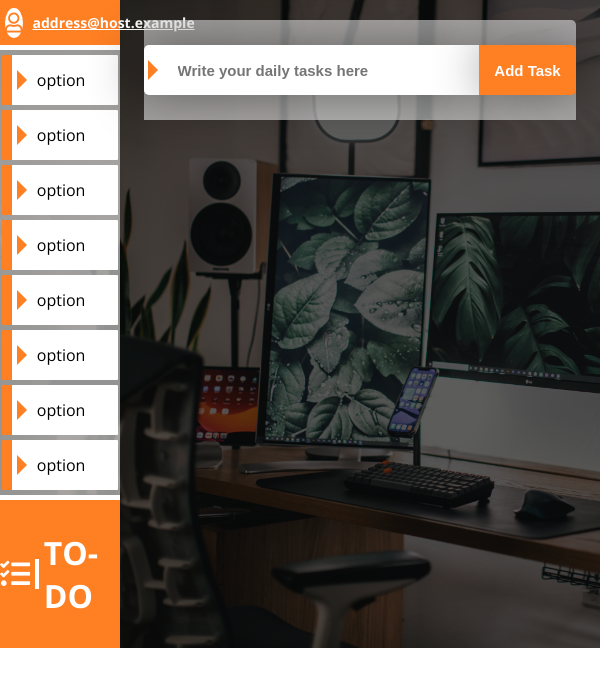
Repository: OmarEssameldinMousa/To-do-list-level01
Page: index.html
These files come from the project's save history. The page is drawn as it stood at one moment and after the next save; the edit follows.
The browser window is 600 px wide. The pictures show the whole page.

Above is the page before, as saved 2023-08-08 11:17:51.

### index.html
<!DOCTYPE html>
<html lang="en">
<head>
    <meta charset="UTF-8">
    <meta name="viewport" content="width=device-width, initial-scale=1.0">
    <title>ToDo</title>
    <link rel="stylesheet" href="main.css">
    <link rel="preconnect" href="https://fonts.gstatic.com" />
    <link rel="stylesheet" href="css/all.min.css">
    <link href="https://fonts.googleapis.com/css2?family=Open+Sans:wght@400;700&display=swap" rel="stylesheet" />
</head>
<body>
    <div class="dashboard">
        <div class="nav">
            <div class="navigation">
                <div class="profile">
                    <div class="profile-pic">
                        <i class="fa-regular fa-user"></i>
                    </div>
                    <h3>address@host.example</h3>
                    <!-- <i class="fa-solid fa-bars"></i> -->
                </div>
                <ul>
                    <li>
                        <span class="toggle"></span>
                        <span class="title">option</span>
                    </li>
                    <li>
                        <span class="toggle"></span>
                        <span class="title">option</span>
                    </li>
                    <li>
                        <span class="toggle"></span>
                        <span class="title">option</span>
                    </li>
                    <li>
                        <span class="toggle"></span>
                        <span class="title">option</span>
                    </li>
                    <li>
                        <span class="toggle"></span>
                        <span class="title">option</span>
                    </li>
                    <li>
                        <span class="toggle"></span>
                        <span class="title">option</span>
                    </li>
                    <li>
                        <span class="toggle"></span>
                        <span class="title">option</span>
                    </li>
                    <li>
                        <span class="toggle"></span>
                        <span class="title">option</span>
                    </li>
                </ul>
                <div class="footer">
                    <i class="fa-solid fa-list-check"></i>
                    <span></span>
                    <h1>TO-DO</h1>
                </div>
            </div>
        </div>
        <div class="workstation">
            <div class="container">
                <div class="form">
                    <div>
                        <span></span>
                        <input type="text" class="input" placeholder="Write your daily tasks here">
                    </div>
                    <input type="submit" class="add" value="Add Task">
                </div>
                <!-- separator -->
                <div class="tasks">
                    <div class="tasks-numbers">

                    </div>
                    <div class="tasks-container">

                    </div>
                </div>
            </div>
        </div>
    </div>
    <script src="main.js"></script>
</body>
</html>

### main.css
:root {
    --main-color: rgba(235, 235, 235, 0.6);
    --secondery-color: #ff7f23;
}

/* Small */
@media (min-width: 768px) {
    .container {
        width: 750px;
    }
}

/* Medium */
@media (min-width: 992px) {
    .container {
        width: 970px;
    }
}

/* Large */
@media (min-width: 1200px) {
    .container {
        width: 1170px;
    }
}

* {
    -webkit-box-sizing: border-box;
    -moz-box-sizing: border-box;
    box-sizing: border-box;
    padding: 0;
    margin: 0;
}

body {
    font-family: "Open Sans", sans-serif;
    background-image: url(backgroundimage.jpg);
    background-repeat: no-repeat;
    background-size: cover;
    position: relative;
    height: 100%;
}

body::before {
    content: "";
    width: 100%;
    height: 100%;
    background-color: rgba(0, 0, 0, 0.629);
    position: absolute;
    top: 0;
    left: 0;
    z-index: -1;
}

ul {
    list-style: none;
}


.dashboard {
    display: flex;
    height: 100%;
    width: 100%;
    column-gap: 0px;
}

.nav {
    width: 20%;
    height: 100%;
    position: relative;
}

.nav .navigation {
    height: 100%;
    width: 100%;
    background: var(--main-color);
}

.nav .navigation .profile {
    width: 100%;
    height: 50px;
    background-color: var(--secondery-color);
    display: flex;
    align-items: center;
    border-bottom: 5px solid white;
}

.nav .navigation .profile .profile-pic {
    border-radius: 50%;
    background-color: white;
    height: 30px;
    width: 30px;
    display: flex;
    align-items: center;
    justify-content: center;
    margin-left: 5px;

}

.nav .navigation .profile i {
    font-size: 20px;
    color: var(--secondery-color);
}

.nav .navigation .profile h3 {
    font-size: 14px;
    padding-left: 10px;
    text-decoration: underline;
    color: white;
}

.nav .navigation ul {
    width: 97%;
    margin: auto;
    margin-top: 5px;
}

.nav .navigation ul li {
    padding: 5px;
    height: 50px;
    background-color: white;
    margin-bottom: 5px;
    border-radius: 1px;
    border-left: 10px solid #ff7f23;
    display: flex;
    align-items: center;
    transition: 0.3s;

}


.nav .navigation ul li:hover .toggle {
    padding-left: 10px;
}

.navigation .footer {
    width: 100%;
    height: 153px;
    background-color: #ff7f23;
    display: flex;
    align-items: center;
    justify-content: center;
    border-top: 5px solid white;
    column-gap: 5px;
}

.navigation .footer i {
    font-size: 30px;
    color: white;
}

.navigation .footer h1 {
    color: white;
}

.navigation .footer span {
    height: 30px;
    width: 5px;
    background-color: white;
}

li .toggle {
    border: 10px solid var(--secondery-color);
    border-color: transparent transparent transparent #ff7f23;

}

.workstation {
    width: 76%;
    height: 100%;
    position: relative;
    flex: 1;
}

.container {
    width: 100%;
    min-height: 50px;
    background-color: transparent;
    z-index: 1;
    position: absolute;
}

.container .form {
    width: 90%;
    height: 100px;
    background-color: var(--main-color);
    margin: 20px auto;
    border-top-right-radius: 5px;
    border-top-left-radius: 5px;
    text-align: center;
    position: relative;
    display: flex;
    justify-content: center;
    align-items: center;
}

.container .tasks {
    width: 90%;
    background-color: var(--main-color);
    margin: 20px auto;
    display: flex;
    border-bottom-left-radius: 5px;
    border-bottom-right-radius: 5px;
}

.container .form .input,
.container .form .add {
    display: block;
    height: 50px;
}

.container .form div {
    width: 80%;
    border-bottom-left-radius: 5px;
    border-top-left-radius: 5px;
    border: 0px solid;
    box-shadow: -5px 0 50px 0px #00000073;
    background-color: white;
    display: flex;
    justify-content: flex-end;
    align-items: center;
}

.container .form div span {
    border: 10px solid #ff7f23;
    border-color: transparent transparent transparent #ff7f23;
    margin-right: 10px;
}

.container .form div .input {
    outline: 0;
    font-size: 15px;
    border: 0px solid;
    font-weight: bold;
    width: 90%;
}

.container .form .add {
    width: 100px;
    border: 0px solid;
    background-color: #ff7f23;
    color: white;
    font-weight: bold;
    font-size: 15px;
    border-bottom-right-radius: 5px;
    border-top-right-radius: 5px;
    box-shadow: 5px 0 50px 0px #00000073;
}

.container .tasks .tasks-container {
    width: 80%;
    display: flex;
    flex-direction: column;
    align-items: center;
    align-content: center;
    flex: 1;
}

.container .tasks .tasks-container .task {
    width: 80%;
    height: 50px;
    border-radius: 5px;
    border: 0px solid;
    box-shadow: -5px 0 50px 0px #00000073;
    background-color: white;
    margin: 10px 0;
    position: relative;
    display: flex;
    align-items: center;
}

.container .tasks .tasks-container .task i {
    margin-left: 10px;
    margin-right: 10px;
    color: var(--secondery-color);
}


.container .tasks .tasks-container .task::after {
    content: "";
    width: 10%;
    height: 100%;
    background-color: #ff7f23;
    position: absolute;
    top: 0;
    left: 90%;
    z-index: 0;
    border-top-right-radius: 5px;
    border-bottom-right-radius: 5px;
}

.container .tasks .tasks-container .task i:first-of-type {
    position: absolute;
    right: 4%;
    top: 50%;
    transform: translateY(-50%);
    color: white;
    z-index: 1;
    font-size: 20px;
}

.container .tasks .tasks-container .task i:last-of-type {
    position: absolute;
    right: 0%;
    top: 50%;
    transform: translateY(-50%);
    color: white;
    z-index: 1;
    font-size: 20px;
}

.container .tasks .tasks-numbers {
    width: 50px;
    display: flex;
    align-items: center;
    flex-direction: column;
}


.tasks-numbers .repated-line-circle {
    width: 2px;
    height: 70px;
}

.tasks-numbers .line-circle {
    display: flex;
    flex-direction: column;
    width: 100%;
    height: 100%;
    justify-content: space-between;
    align-items: center;
}

.tasks-numbers .line-circle .upper-line {
    width: 100%;
    height: 40%;
    background-color: white;
}

.tasks-numbers .line-circle .circle {
    font-family: 'VT323', monospace;
    width: 20px;
    height: 20px;
    background-color: #ff7f23;
    border-radius: 50%;
    text-align: center;
    position: relative;
    transition: 0.3s;
    animation: gradient-animation 5s infinite alternate;
    border: 1px solid white;
}


.tasks-numbers .line-circle .circle p {
    position: absolute;
    left: 50%;
    top: 50%;
    transform: translate(-50%, -50%);
    font-size: 14px;
    color: white;
}

.line-circle .circle p a {
    text-decoration: none;
}

.tasks-numbers .line-circle .lower-line {
    width: 2px;
    height: 40%;
    background-color: white;
}

### main.js
let counter = 1;
let counterarray = [];
let tasksDiv = document.querySelector(".tasks-container");
let tasksnumbersDiv = document.querySelector(".tasks-numbers");
let inputbox = document.querySelector(".input");
let inputboxValue = inputbox.value;
let inputbtn = document.querySelector(".add");
let idtentity = 0;
let list = [];

function createTaskDiv_NumberDiv() {
    if (inputbox.value != "") {
        let inputbox = document.querySelector(".input");
        let inputboxValue = inputbox.value;
        counterarray.push(counter);
        // craeting task divs
        let taskDiv = document.createElement("div");
        taskDiv.className = "task";
        let i1 = document.createElement("i");
        i1.className = "fa-regular fa-square-check";
        let i2 = document.createElement("i");
        i2.className = "fa-solid fa-clock";
        let i3 = document.createElement("i");
        i3.className = "fa-regular fa-trash-can";
        i3.setAttribute("index", counterarray.length - 1);
        let tasktitle = document.createElement("h4");
        tasktitle.innerHTML = inputboxValue;
        // nesting all childs under each parent
        tasksDiv.appendChild(taskDiv);
        taskDiv.appendChild(i1);
        taskDiv.appendChild(i2);
        taskDiv.appendChild(i3);
        taskDiv.appendChild(tasktitle);
        //creating the numbering divs
        let repatedlinecircleDiv = document.createElement("div");
        repatedlinecircleDiv.className = "repated-line-circle";
        let linecirclediv = document.createElement("div");
        linecirclediv.className = "line-circle";
        let upperlinediv = document.createElement("div");
        upperlinediv.className = "upper-line";
        let circlediv = document.createElement("div");
        circlediv.className = "circle";
        let circleparacontent = document.createElement("p");
        circleparacontent.innerHTML = `${counterarray.length}`;
        let lowerlinediv = document.createElement("div");
        lowerlinediv.className = "lower-line";
        //nesting all childs under each parent
        tasksnumbersDiv.appendChild(repatedlinecircleDiv);
        repatedlinecircleDiv.appendChild(linecirclediv);
        linecirclediv.appendChild(upperlinediv);
        linecirclediv.appendChild(circlediv);
        circlediv.appendChild(circleparacontent);
        linecirclediv.appendChild(lowerlinediv);
        // after adjustments
        list.push({ "id": idtentity, "title": inputbox.value, });
        window.localStorage.setItem("tasks", JSON.stringify(list));
        inputbox.value = "";
        counter++;
        idtentity++;
        inputbox.focus();
    }
}

inputbtn.addEventListener("click", createTaskDiv_NumberDiv);

document.addEventListener("click", function (e) {
    if (e.target.className === "fa-regular fa-trash-can") {
        let n = 1;
        // deleting from BOM - local storage
        let storedTasks = JSON.parse(window.localStorage.getItem("tasks"))
        storedTasks.filter(a => a.id != e.index);
        list = storedTasks;
        window.localStorage.clear()
        window.localStorage.setItem("tasks", JSON.stringify(storedTasks));
        // deleting from the DOM
        e.target.parentElement.parentElement.previousElementSibling.lastChild.remove();
        counterarray.pop();
        counter--;
        e.target.parentElement.remove();
        document.querySelectorAll(".circle p").forEach(element => {
            element.innerHTML = n;
            n++;
        });
    }
})

Loaded but not shown: css/all.min.css (library)

After the next save:
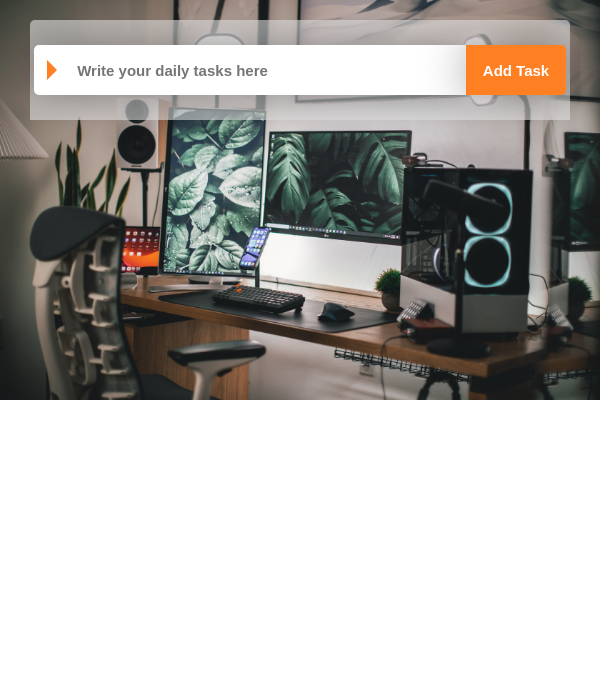
Saved 5 min 1 s later.
--- a/main.css
+++ b/main.css
@@ -2,6 +2,14 @@
     --main-color: rgba(235, 235, 235, 0.6);
     --secondery-color: #ff7f23;
 }
+
+/* mobiles */
+@media (max-width: 767px) {
+    .nav {
+        display: none;
+    }
+}
+
 
 /* Small */
 @media (min-width: 768px) {

After the save that followed:
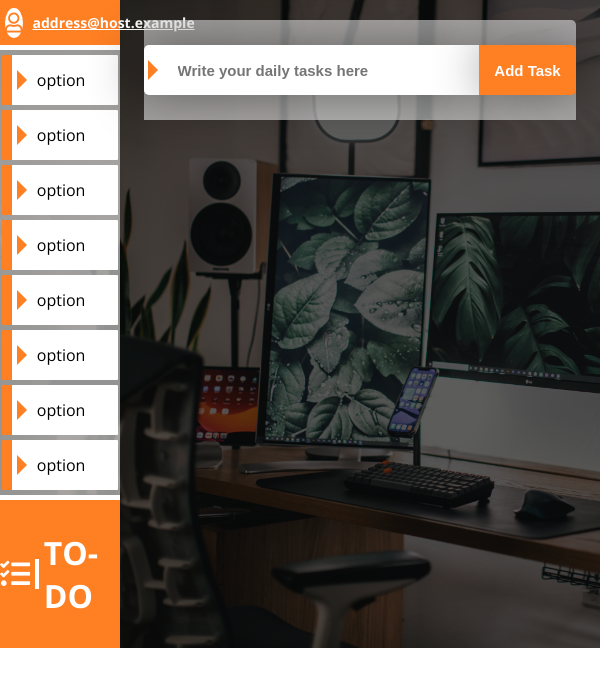
Saved 2 min 41 s later.
--- a/main.css
+++ b/main.css
@@ -5,9 +5,10 @@
 
 /* mobiles */
 @media (max-width: 767px) {
-    .nav {
-        display: none;
+    body {
+        background-image: none;
     }
+
 }
 
 
